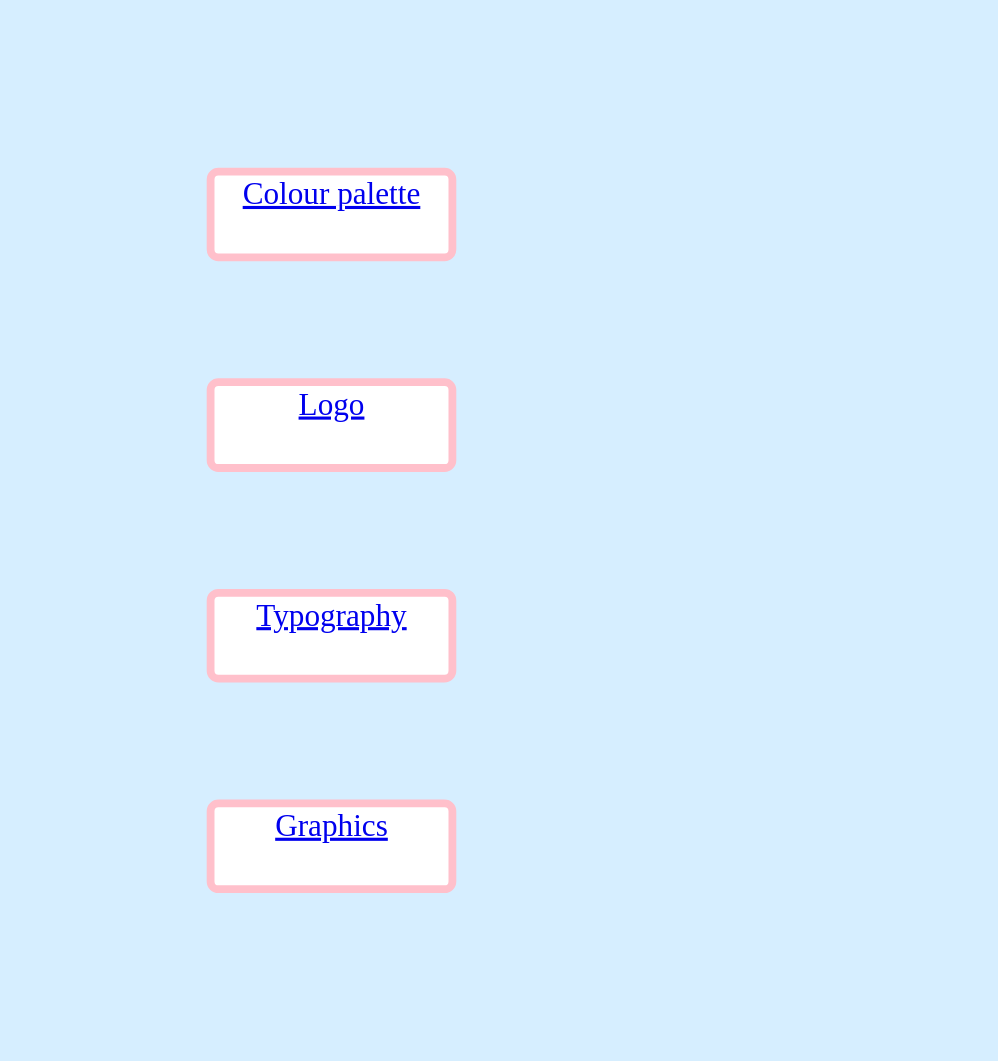
Repository: msyukurrr/styleguide
Page: intro.html
An editor plug-in stored every save of this project. The page is shown before and after the next save, followed by the edit.
The browser window is 1280 px wide. The pictures show the whole page, at 78% of full size.
Some web fonts or font styles are not loaded; a fallback is used.

Above is the page before, as saved 2022-03-04 14:38:14.

After the next save:
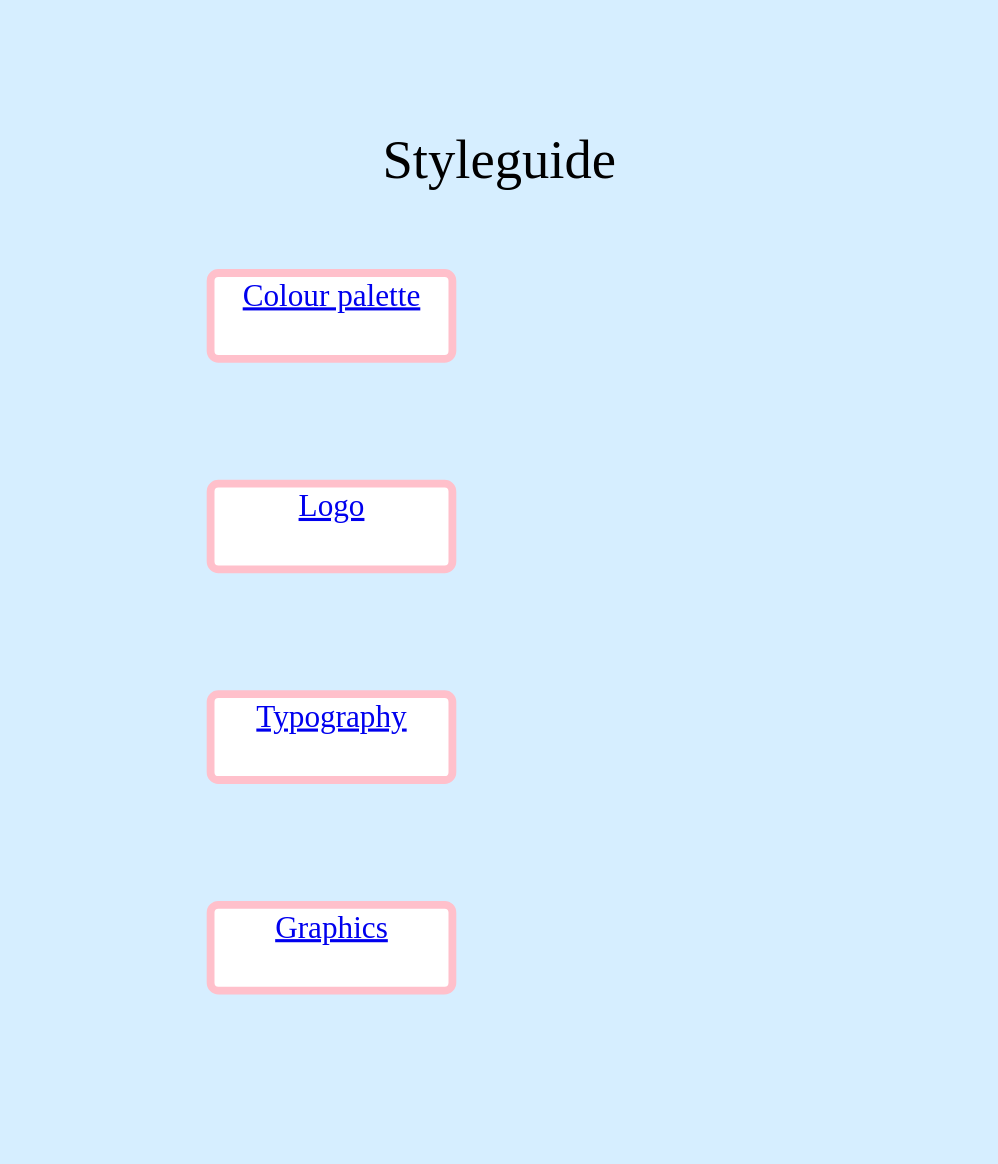
Saved 103 s later.
--- a/intro.html
+++ b/intro.html
@@ -16,6 +16,9 @@
 </head>
 <body class="intro_background">
 
+<div class="header">
+    Styleguide
+</div>
 <div class="menu">
     <div class="colourhtml">
     <a href="colour.html" class="button"> Colour palette</a>
